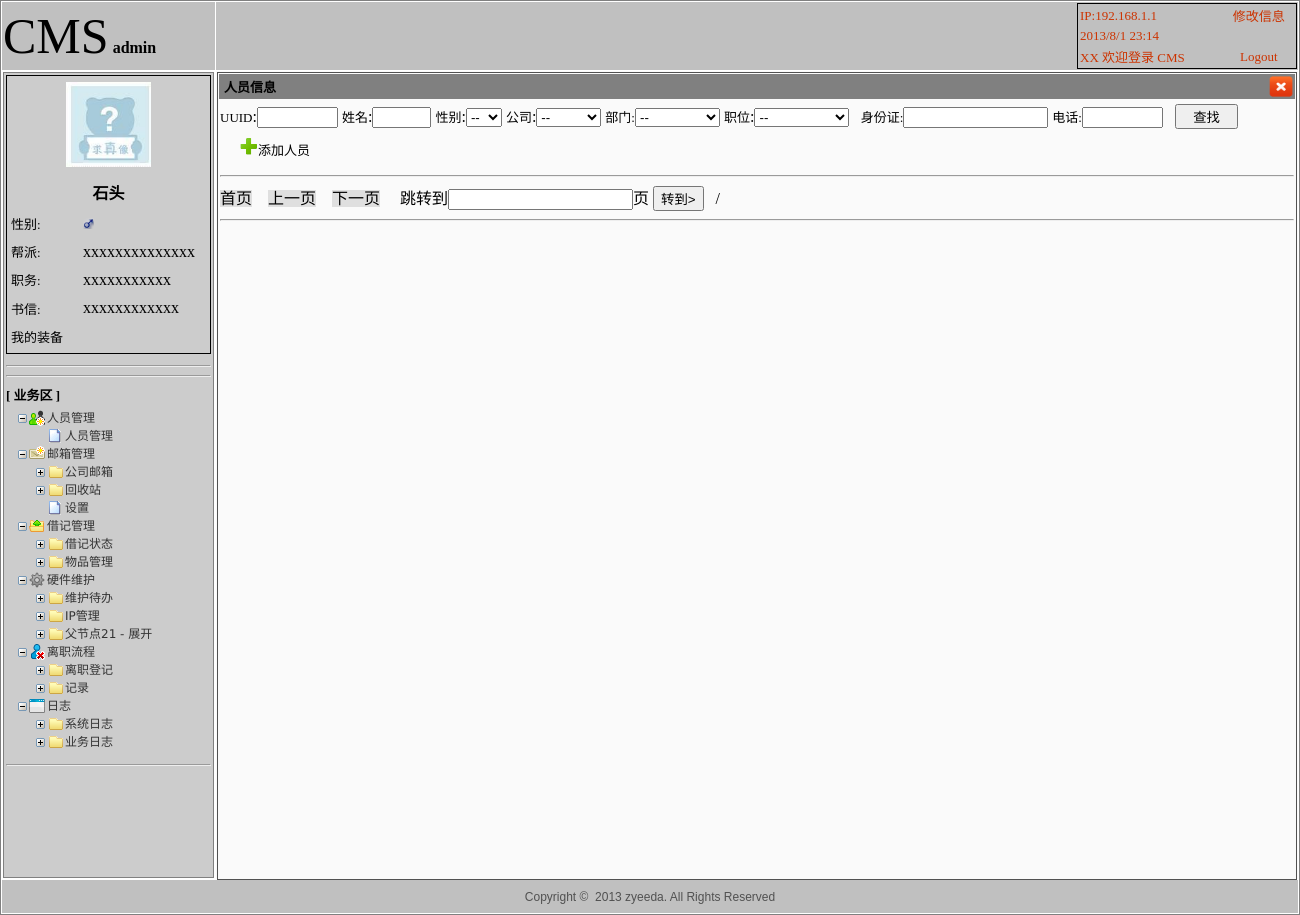
Repository: 728064001/MyProject
Page: http://localhost/CMS/admin.jsp
These files come from the project's save history. The page is drawn as it stood at one moment and after the next save; the edit follows.
The browser window is 1280 px wide. The page is 1300 px wide, so the pictures cover 1300 px, including what lies to the right of the window. The pictures show the whole page.
The page is served by Tomcat 9. Queries for data that is not in the repository find no rows.

Above is the page before, as saved 2013-08-08 08:30:04.

After the next save:
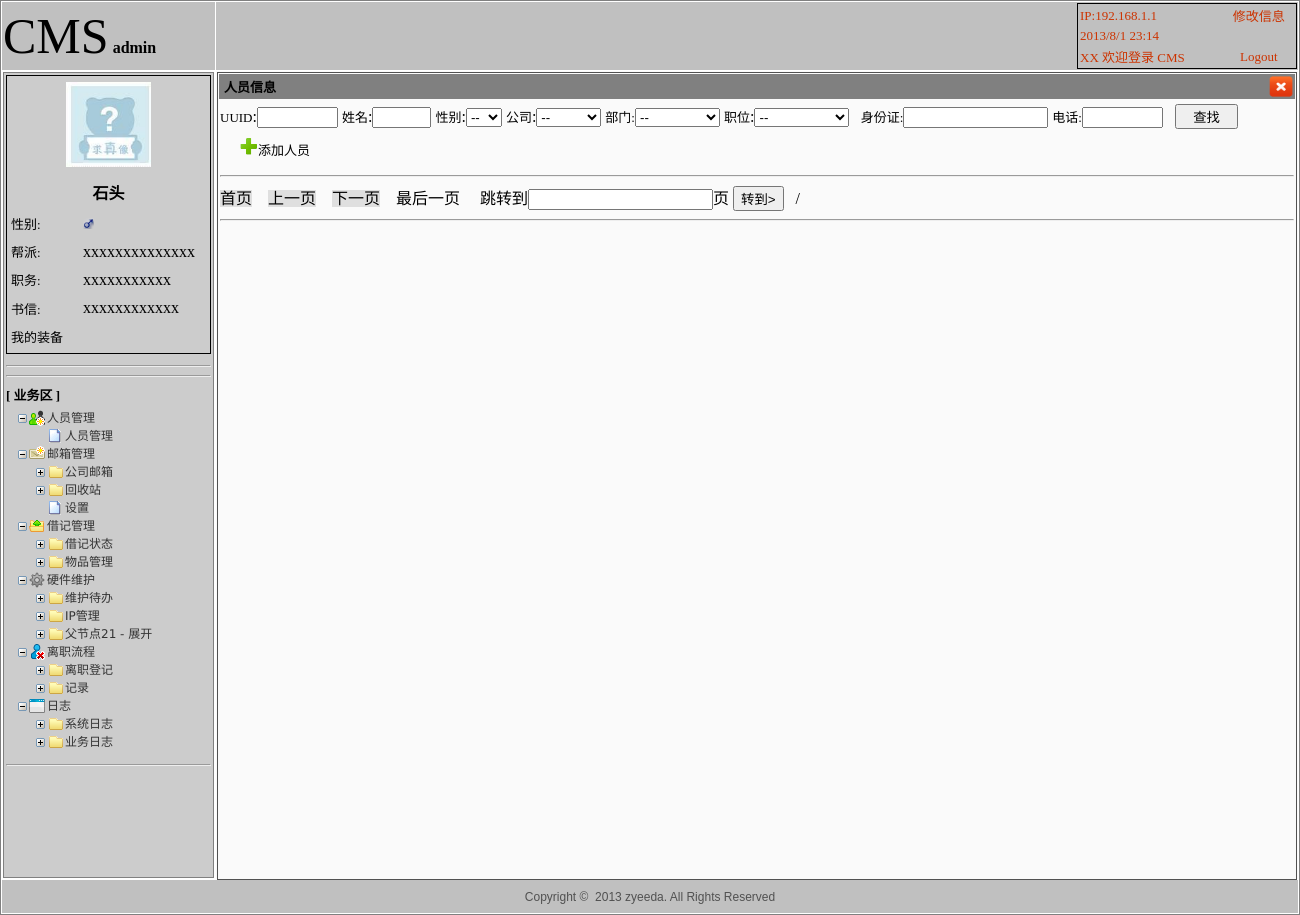
Saved 109 s later.
--- a/cms-server-code/CMS/WebRoot/admin.jsp
+++ b/cms-server-code/CMS/WebRoot/admin.jsp
@@ -144,7 +144,7 @@ String basePath = request.getScheme()+"://"+request.getServerName()+":"+request.
 					<hr style="height: -12px"/>
 					<!--根据ajax 返回的数据动态创建表格 -->
 					<div id="personinfotable"></div>
-						<span id="f" ><a id='mainpa'>首页</a>&nbsp;&nbsp;&nbsp;&nbsp;<a id='uppa'>上一页</a>&nbsp;&nbsp;&nbsp;&nbsp;<a id='downpa'>下一页</a>&nbsp;&nbsp;&nbsp;&nbsp;
+						<span id="f" ><a id='mainpa'>首页</a>&nbsp;&nbsp;&nbsp;&nbsp;<a id='uppa'>上一页</a>&nbsp;&nbsp;&nbsp;&nbsp;<a id='downpa'>下一页</a>&nbsp;&nbsp;&nbsp;&nbsp;<a id='lastpa'>最后一页</a>&nbsp;&nbsp;&nbsp;&nbsp;
 						跳转到<input type="text" width="80px" />页&nbsp;<input type="button" value="转到>"/>
 						</span><span id="dqpages"></span>&nbsp;&nbsp;/&nbsp;&nbsp;<span id="zpages"></span>&nbsp;&nbsp;&nbsp;&nbsp;<span id="countrow"></span><hr/>
 					<!--根据ajax 返回的数据动态创建表格 ----------------------------------->
